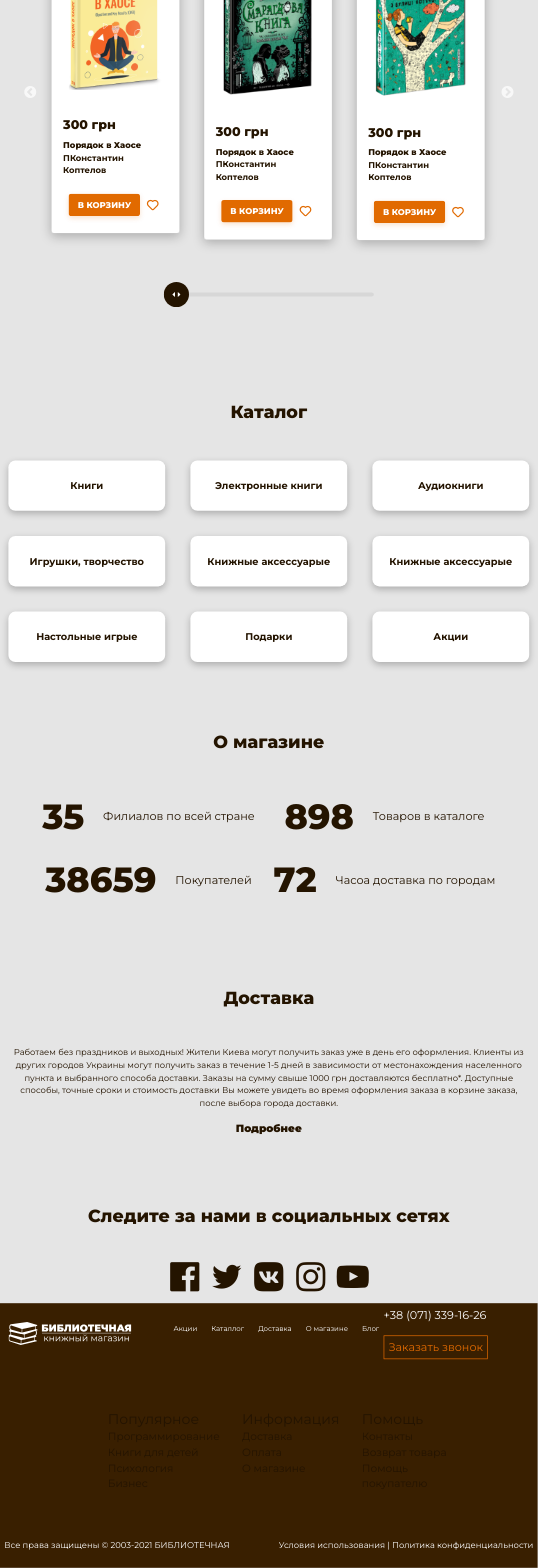
Repository: saidabbasun/Kutubxona
Page: /
These files come from the project's save history. The page is drawn as it stood at one moment and after the next save; the edit follows.
The browser window is 768 px wide. The pictures show the part of the page from y = 1964 to 4204 px (the page is 4204 px tall before and 4184 px after), at 70% of full size.
The project was rebuilt for these pictures with package versions that can differ from the ones it lists, and the page was loaded fresh each time.

Above is the page before, as saved 2022-05-31 05:30:05.

After the next save:
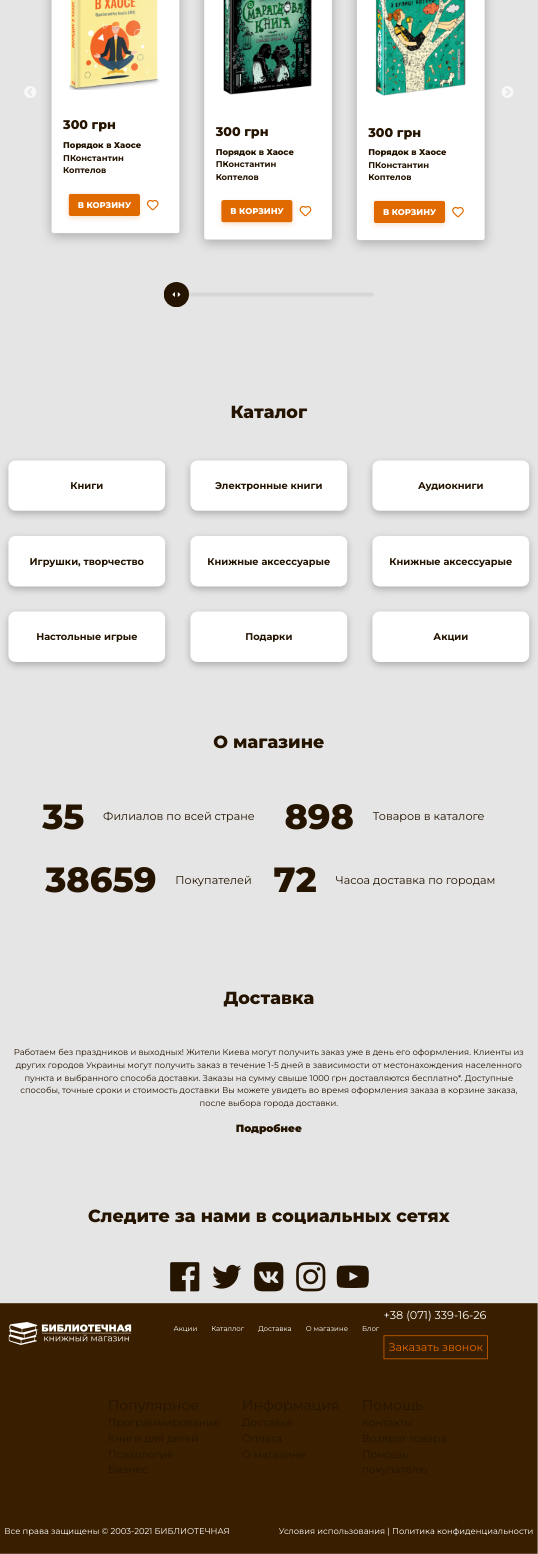
Saved 9 s later.
--- a/src/Style/Footer/Footer.scss
+++ b/src/Style/Footer/Footer.scss
@@ -86,7 +86,7 @@
 .GridItem {
       grid-template-columns:auto 300px  auto;
       grid-auto-flow: dense;
-     row-gap: 20px;
+
     }
     .List {
         grid-column: 1 / 4;
